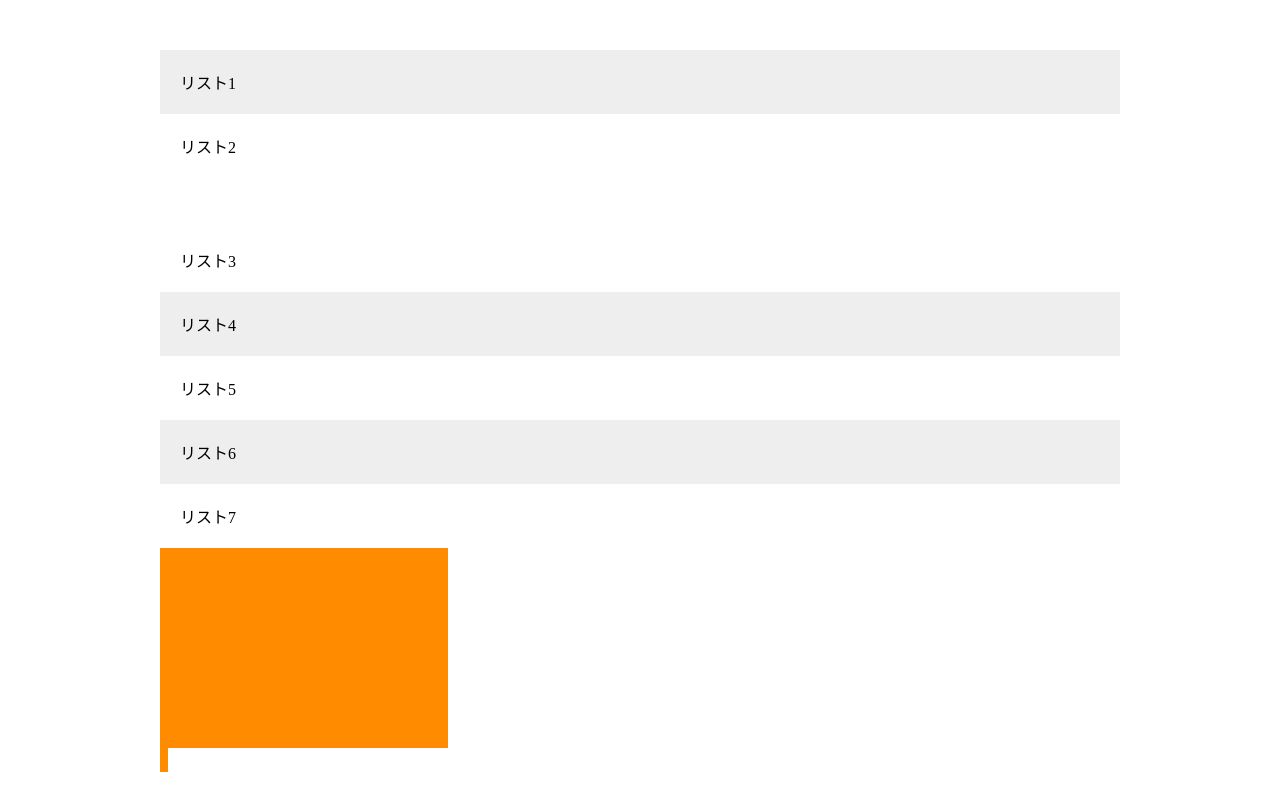
Repository: ayakodesu/html-practice
Page: chapter8_exercise/chapter8.html
The author's editor kept a record of every edit. The page is drawn from the files as they stood at one moment, then again after the next edit.
The browser window is 1280 px wide. The pictures show the whole page.

Above is the page before.

After the next edit:
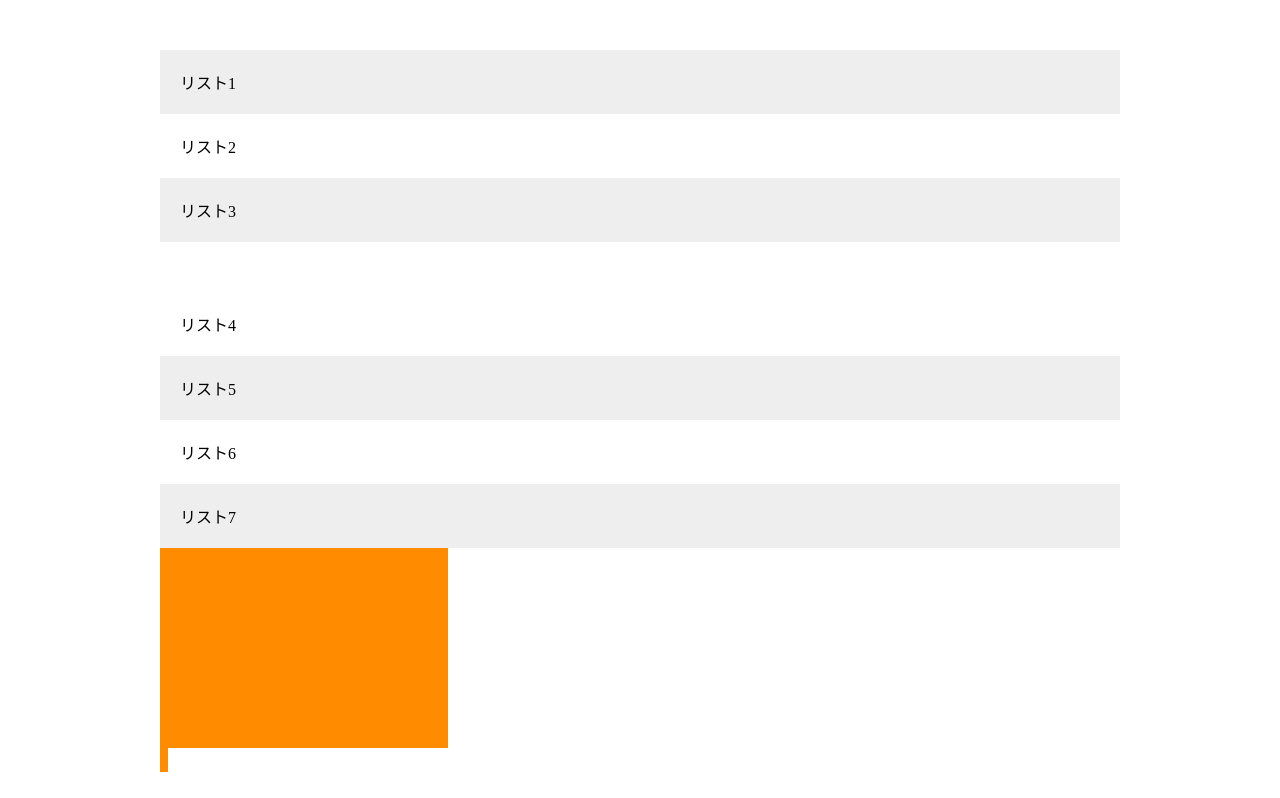
The edit:
--- a/chapter8_exercise/chapter8.html
+++ b/chapter8_exercise/chapter8.html
@@ -12,7 +12,7 @@
         <li class="item">リスト1</li>
 
 
-        <li class="item">リスト2</li></ul>
+        <li class="item">リスト2</li>
 
 
         <li class="item">リスト3</li></ul>
